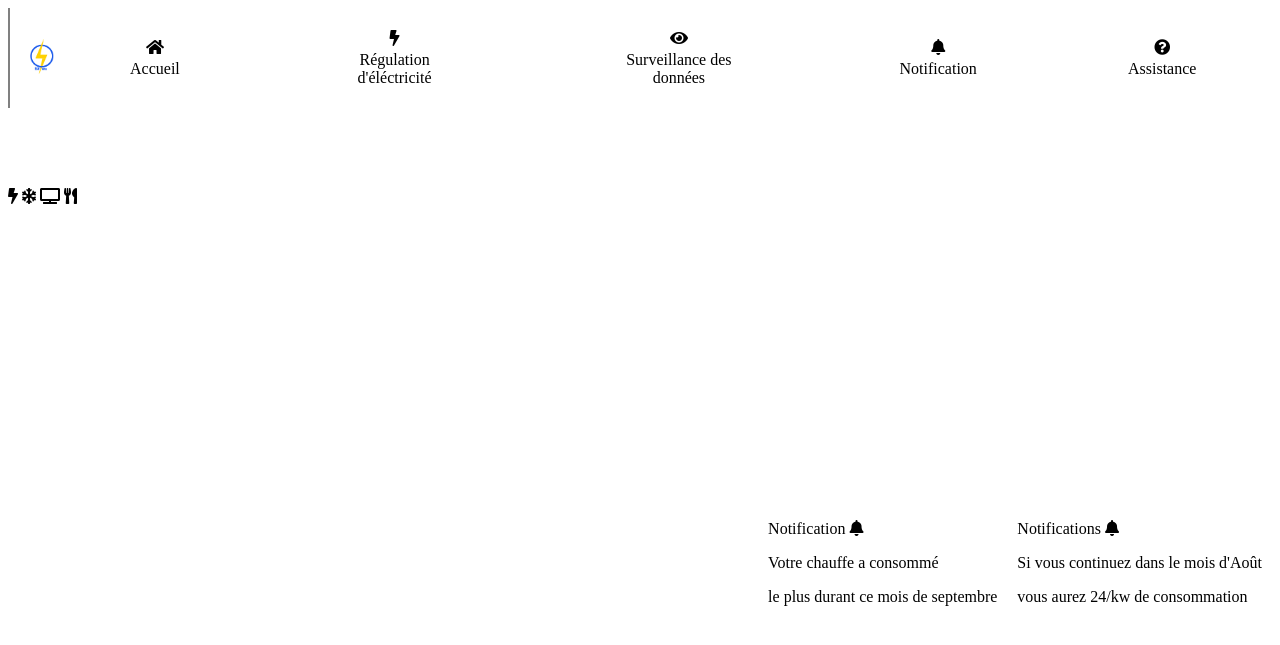
Repository: hamdia200/OSC-Ecowiz
Page: http://localhost/accueil
The author's editor kept a copy of each file at every save. The page is drawn from the files as they stood at one save, then again after the next save.
The browser window is 1280 px wide. The pictures show the whole page.
The page is served by the project's Laravel application, run on PHP 8.4 with Laravel 10. Other server files are loaded and not shown.

Above is the page before, as saved 2023-08-18 14:16:53.
Console error: TypeError: Cannot read properties of null (reading 'getContext')

### routes/web.php
<?php

use Illuminate\Support\Facades\Route;

/*
|--------------------------------------------------------------------------
| Web Routes
|--------------------------------------------------------------------------
|
| Here is where you can register web routes for your application. These
| routes are loaded by the RouteServiceProvider and all of them will
| be assigned to the "web" middleware group. Make something great!
|
*/

Route::get('/', function () {
    return view('welcome');
});

Route::get('/centrale', function () {
    return view('centrale');
});
Route::get('/accueil', function () {
    return view('accueil');
});
Route::get('/inscription', function () {
    return view('inscription');
});
Route::get('/login', function () {
    return view('login');
});
Route::get('/regulation', function () {
    return view('regulation');
});

### resources/views/accueil.blade.php
@extends ("menu")
@section('content')
<div class="container">
<meta charset="UTF-8">
    <meta name="viewport" content="width=device-width, initial-scale=1.0">
    <link rel="stylesheet" href="https://cdnjs.cloudflare.com/ajax/libs/font-awesome/5.15.3/css/all.min.css">
    <script src="https://cdn.jsdelivr.net/npm/chart.js"></script>
    <title>Accueil</title>
    <style>


        .circle-container{
            position: relative;
            width: 300px;
            height: 300px;
            margin-top: 5rem;
        }
        .notification-container {
            width: 100%;
            margin-top: 20px;


        }
        .chart-container{
            position: absolute;
            width: 100%;
            height: 100%;
        }

        .alert{
            display: inline-block;
            margin: 10px;
            margin-top: 2rem;
            float: right;
        }
        .alert{

        }



    </style>
    <body>
            <div class="circle-container">
                <div class="chart-container">
                    <canvas id="myChart"></canvas>
                </div>
                <i class="fas fa-bolt icon-left"></i>
                <i class="fas fa-snowflake icon-top"></i>
                <i class="fas fa-tv icon-right"></i>
                <i class="fas fa-utensils icon-bottom"></i>
            </div>

                    <div class="row">
                        <div class="col-xl-3">
                            <div class="notifications-container">
                                <div class="alert">Notifications
                                    <i class="fas fa-bell"></i>
                                    <p> Si vous continuez dans le mois d'Août </p> <p> vous aurez 24/kw de consommation </p>
                                </div>

                                <div class="alert">Notification
                                    <i class="fas fa-bell"></i>
                                    <p> Votre chauffe a consommé </p> <p> le plus durant ce mois de septembre </p>
                                <div>

                            </div>
                        </div>
                    </div>
                </div>


                <script>
                    var ctx = document.getElementById('myCustomChart').getContext('2d');
                    var data = {
                        labels: ['<i class="fas fa-laptop"></i>', '<i class="fas fa-tv"></i>', '<i class="fas fa-laptop"></i>', '<i class="fas fa-snowflake"></i>'],
                        datasets: [{
                            data: [30, 20, 25, 15],
                            backgroundColor: [
                                'red',
                                'blue',
                                'green',
                                'orange'
                            ],
                                // hoverBackgroundColor: [
                                // 'url(chemin_vers_image_appareil_1)',
                                // 'url(chemin_vers_image_appareil_2)',
                                // 'url(chemin_vers_image_appareil_3)',
                                // 'url(chemin_vers_image_appareil_4)'
                                // ],
                                borderWidth: 0,
                                hoverBorderWidth: 0
                        }],
                    };

                    var options = {
                        responsive: true,
                        maintainAspectRatio: false,

                    };

                    var myChart = new Chart(ctx, {
                        type: 'doughnut',
                        data: data,
                        options: options,
                    });
                </script>
        </div>
    </body>

    </html>
</div>
@endsection

### resources/views/menu.blade.php
<!DOCTYPE html>
<html>
    <head>
        <meta charset="UTF-8">
        <meta name="viewport" content="width=device-width, initial-scale=1.0">
        <link rel="stylesheet" href="{{asset('bootstrap-5/css/bootstrap.min.css')}}">
        <link rel="stylesheet" href="{{asset('icofont/icofont.min.css')}}">
        <link rel="stylesheet" href="https://cdnjs.cloudflare.com/ajax/libs/font-awesome/5.15.3/css/all.min.css">

        <title>menu</title>
        <style>
        .menu-horizontal {
            list-style-type: none;
            display: flex;
            align-items: center; /* Aligne les éléments au centre horizontalement */
            padding: 0;
            margin: 0;
            border-left: 2px solid gray;
            border-top: none;
            background-color: white;
            height:100px;
        }

        .menu-horizontal li{
            margin: 0 2cm;
            padding: 0;
        }

        .menu-item {
            display: flex;
            flex-direction: column;
            align-items: center;
            justify-content: center;
            border-left: 2p;
        }

        .menu-icon {
            width: 50px;
            height: 50px;
        }

        .menu-text {
            font-size: 16px;
            margin-top: 5px;
            text-align: center;
        }
        .logo {
            padding-left: 20px;
            height: 35px;
        }
        </style>
    </head>

    <body>
        <header>
                <ul class="menu-horizontal fixed-top">
                    <div class="header">
                        <img src="{{asset('/image/ecow.png')}}" alt="" class="logo">
                    </div>
                    <li>
                        <span class="menu-item">
                            <!-- <img src="{{asset('image/elect.png') }}" alt="Icone 1" class="menu-icon"> -->
                            <i class="fas fa-home"></i><span class="menu-text">Accueil</span>
                        </span>
                    </li>
                    <li>
                        <span class="menu-item">
                            <!-- <img src="{{asset('image/donnee.png') }}" alt="Icone 1" class="menu-icon"> -->
                            <i class="fas fa-bolt"></i><span class="menu-text">Régulation d'éléctricité </span>
                        </span>
                    </li>

                    <li>
                        <span class="menu-item">
                            <!-- <img src="{{asset('image/donnee.png') }}" alt="Icone 1" class="menu-icon"> -->
                            <i class="fas fa-eye"></i><span class="menu-text">Surveillance des données </span>
                        </span>
                    </li>
                    <li>
                        <span class="menu-item">
                            <!-- <img src="{{asset('image/sup.png') }}" alt="Icone 1" class="menu-icon"> -->
                            <i class="fas fa-bell"></i><span class="menu-text">Notification</span>
                        </span>
                    </li>
                    <li>
                        <span class="menu-item">
                            <!-- <img src="{{asset('image/assist.png') }}" alt="Icone 1" class="menu-icon"> -->
                            <i class="fas fa-question-circle"></i><span class="menu-text">Assistance</span>
                        </span>
                    </li>
                </ul>

        </header>
        <div class="container">
                @yield('content')
        </div>

    </body>


</html>

After the next save:
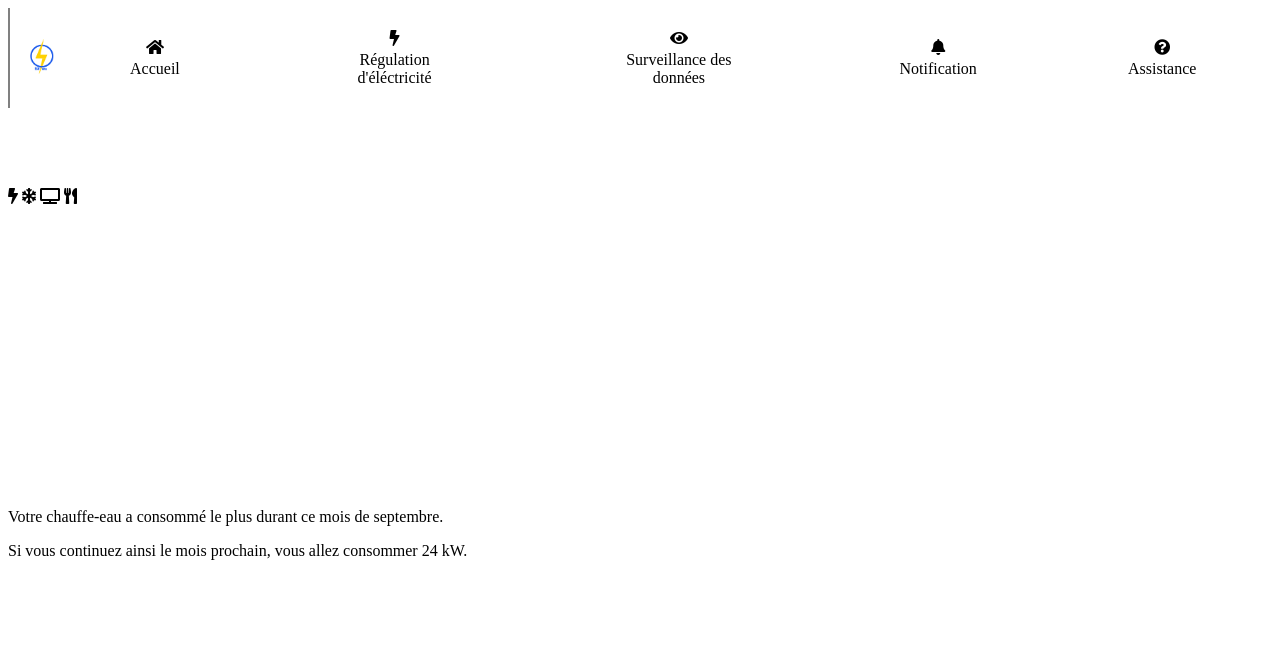
Saved 26 s later.
--- a/resources/views/accueil.blade.php
+++ b/resources/views/accueil.blade.php
@@ -51,23 +51,14 @@
                 <i class="fas fa-utensils icon-bottom"></i>
             </div>
 
-                    <div class="row">
-                        <div class="col-xl-3">
-                            <div class="notifications-container">
-                                <div class="alert">Notifications
-                                    <i class="fas fa-bell"></i>
-                                    <p> Si vous continuez dans le mois d'Août </p> <p> vous aurez 24/kw de consommation </p>
-                                </div>
-
-                                <div class="alert">Notification
-                                    <i class="fas fa-bell"></i>
-                                    <p> Votre chauffe a consommé </p> <p> le plus durant ce mois de septembre </p>
-                                <div>
-
-                            </div>
-                        </div>
-                    </div>
-                </div>
+            <div class="notification-container">
+        <div class="notification">
+            <p>Votre chauffe-eau a consommé le plus durant ce mois de septembre.</p>
+        </div>
+        <div class="notification">
+            <p>Si vous continuez ainsi le mois prochain, vous allez consommer 24 kW.</p>
+        </div>
+    </div>
 
 
                 <script>
